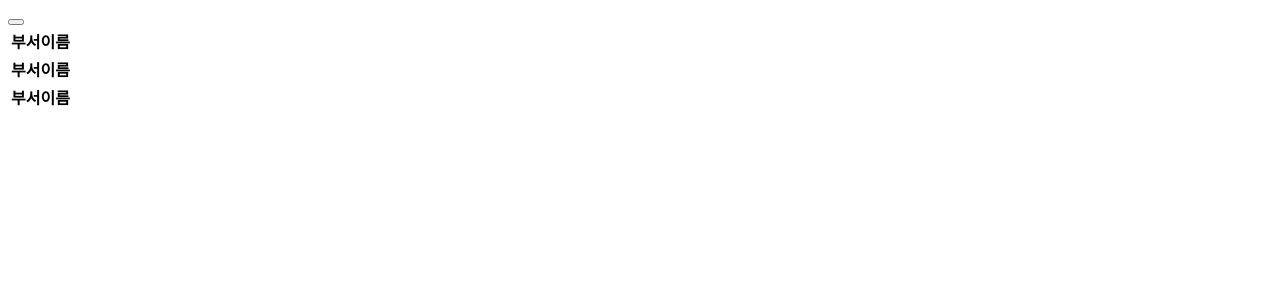
Repository: matodale/Study_SpringBoot
Page: http://localhost/testProject01/dept/deptWrite.jsp
These files come from the project's save history. The page is drawn as it stood at one moment and after a run of saves; the edit follows.
The browser window is 1280 px wide. The pictures show the whole page.
The page is served by Tomcat 9. Nobody is signed in. The application's start-up code is not run.

Above is the page before, as saved 2023-01-05 04:14:23.

After the next 2 saves:
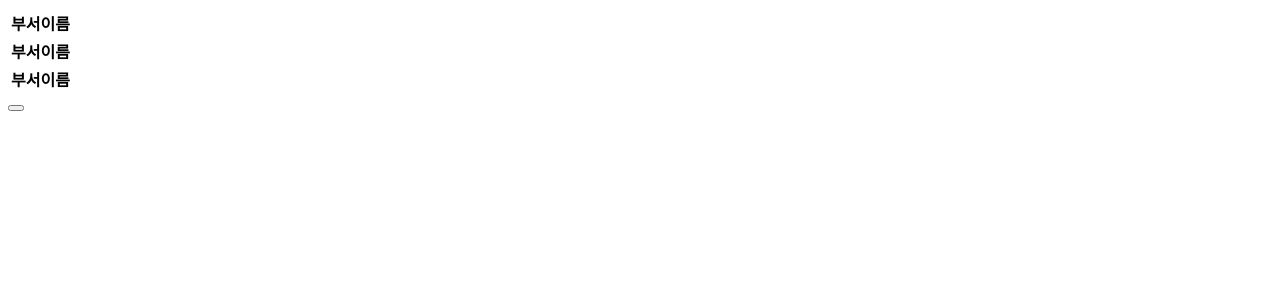
The 2 saves are shown as one change because they came seconds apart.
The last was saved 9 s later.
--- a/testProject01/src/main/webapp/dept/deptWrite.jsp
+++ b/testProject01/src/main/webapp/dept/deptWrite.jsp
@@ -21,8 +21,8 @@
 				<th>부서이름</th>
 				<td></td>
 			</tr>
-			<button></button>
 		</table>
+		<button></button>
 	</form>
 </body>
 </html>
